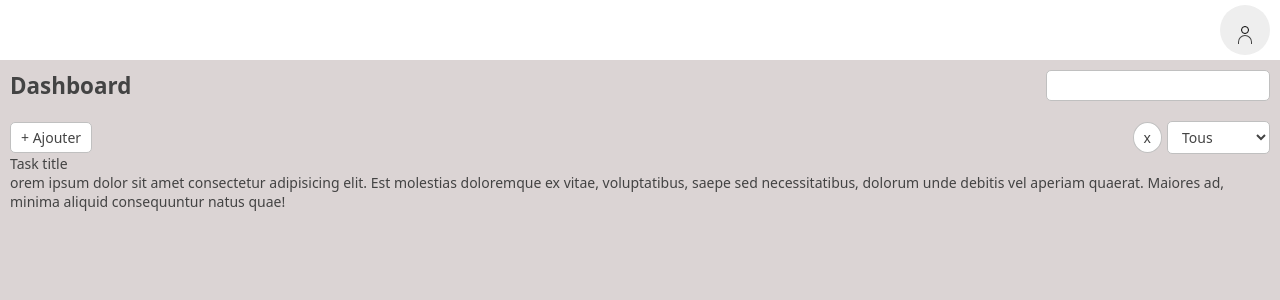
Repository: zpaulange/task_manager
Page: dashboard/index.html
The author's editor kept a copy of each file at every save. The page is drawn from the files as they stood at one save, then again after a run of saves.
The browser window is 1280 px wide. The pictures show the whole page.

Above is the page before, as saved 2025-03-06 15:16:49.

After the next 3 saves:
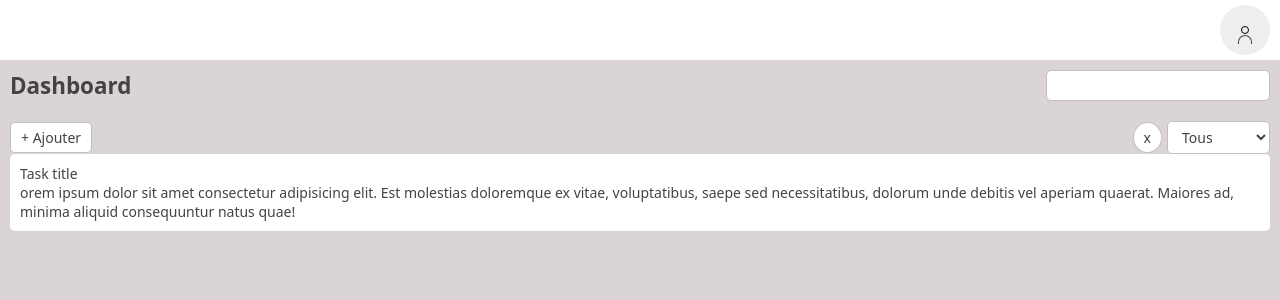
The 3 saves are shown as one change because they came seconds apart.
The last was saved 12 s later.
--- a/assets/styles/dashboard/style.css
+++ b/assets/styles/dashboard/style.css
@@ -152,5 +152,7 @@ input:focus, select:focus{
 }
 
 .main-task__content-item{
-
+  background-color:#fff;
+  padding:10px;
+  border-radius:5px;
 }
